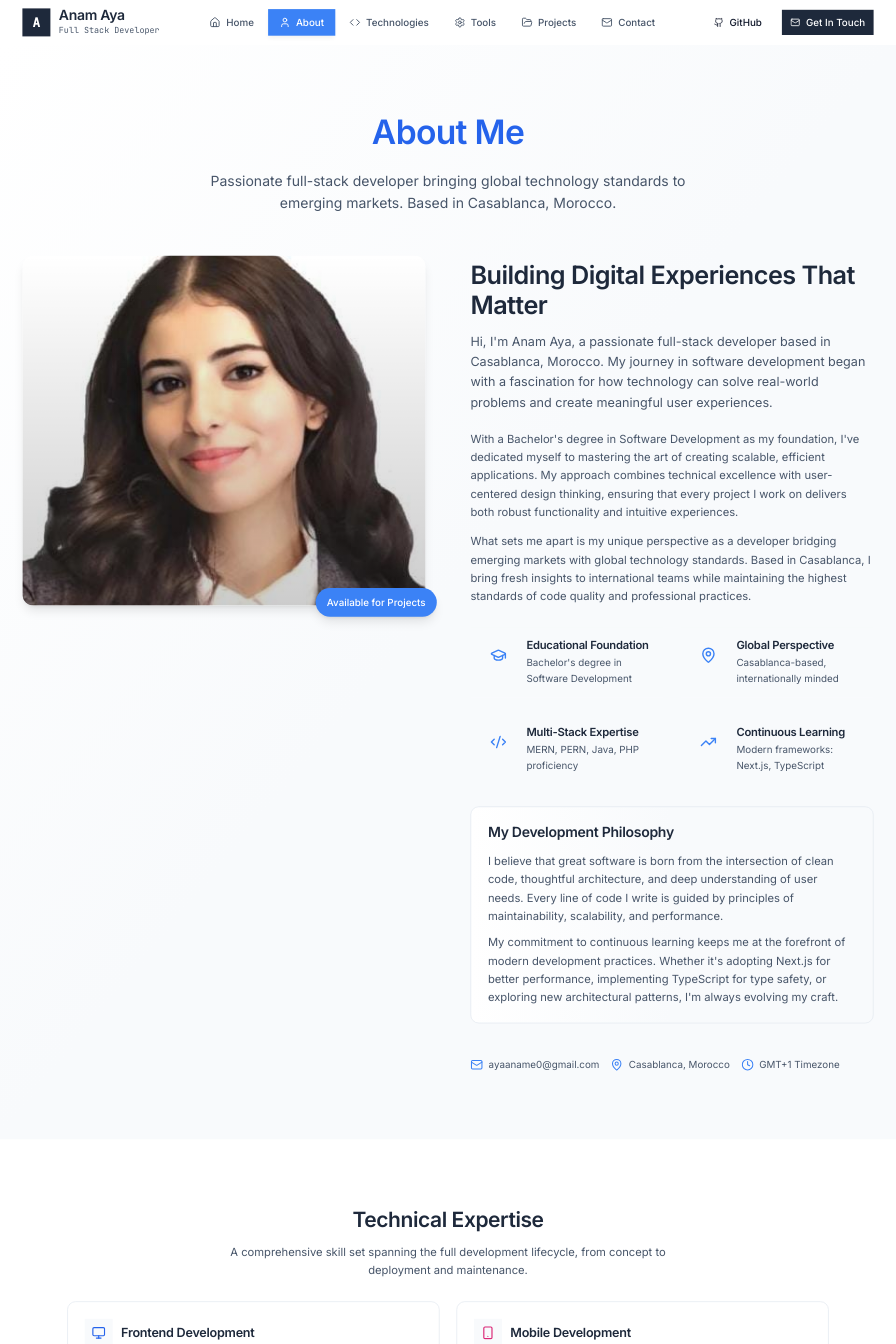
Repository: ayaaas/portflio_aya
Page: /about-me-personal-narrative
These files come from the project's save history. The page is drawn as it stood at one moment and after the next save; the edit follows.
The browser window is 1280 px wide. The pictures show the part of the page from y = 0 to 1920 px (the page is 4280 px tall), at 70% of full size.
The project was rebuilt for these pictures with package versions that can differ from the ones it lists, and the page was loaded fresh each time. Also part of the build but not shown: vite.config.mjs, src/components/ErrorBoundary.jsx, src/pages/hero-section-developer-portfolio/components/ProfileImage.jsx, src/pages/hero-section-developer-portfolio/components/AnimatedText.jsx, src/pages/hero-section-developer-portfolio/components/HeroContent.jsx, src/pages/hero-section-developer-portfolio/components/BackgroundPattern.jsx, src/pages/hero-section-developer-portfolio/components/ScrollIndicator.jsx, src/pages/hero-section-developer-portfolio/index.jsx and 23 more.

Above is the page before, as saved 2025-07-20 01:13:01.

After the next save:
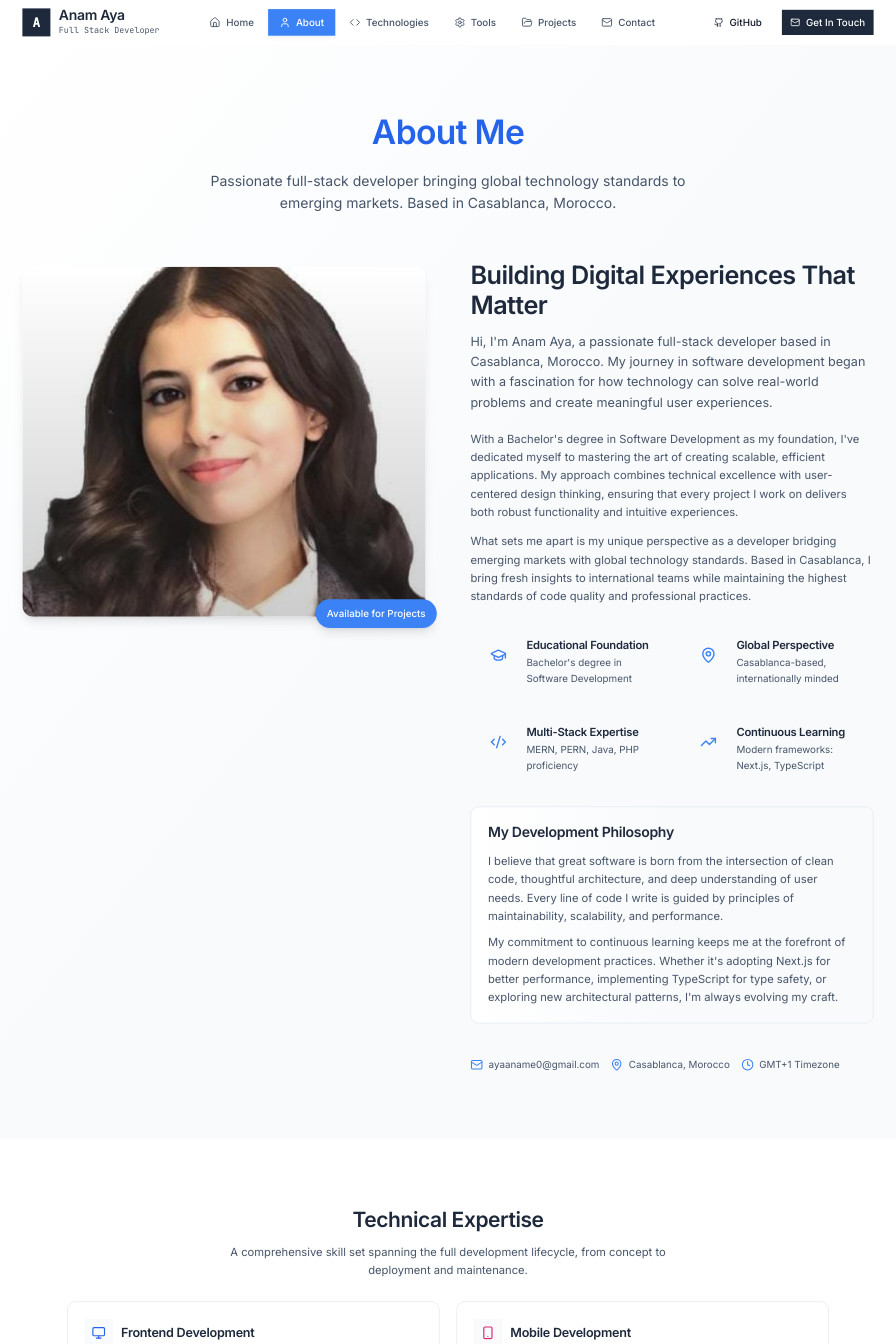
Saved 20 s later.
--- a/src/pages/about-me-personal-narrative/index.jsx
+++ b/src/pages/about-me-personal-narrative/index.jsx
@@ -81,7 +81,7 @@ const AboutMePersonalNarrative = () => {
               </div>
 <div className="grid grid-cols-1 lg:grid-cols-2 gap-12 lg:gap-16 items-center">
   {/* Profile Image */}
-  <div className="order-2 lg:order-1" style={{ marginTop: '-42rem' }}>
+  <div className="order-2 lg:order-1" style={{ marginTop: '-40rem' }}>
     <ProfileImage />
   </div>
 
@@ -90,6 +90,7 @@ const AboutMePersonalNarrative = () => {
     <PersonalStory />
   </div>
 </div>
+
 
 
 
